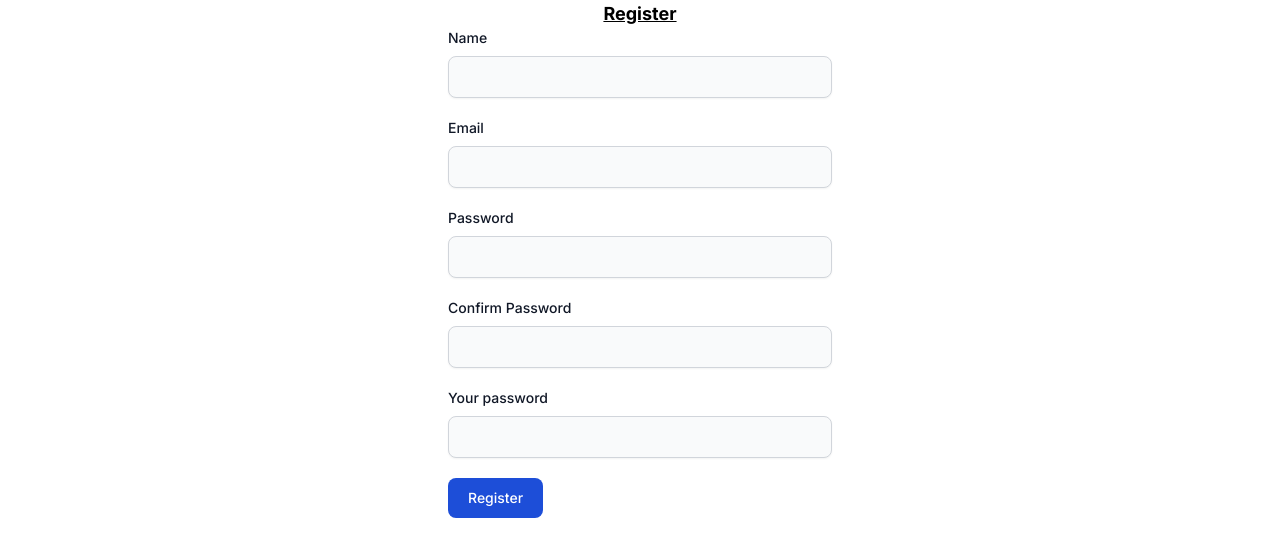
Repository: fatimash2123/next-todo
Page: /register
An editor plug-in stored every save of this project. The page is shown before and after a run of saves, followed by the edit.
The browser window is 1280 px wide. The pictures show the whole page.
The project was rebuilt for these pictures with package versions that can differ from the ones it lists, and the page was loaded fresh each time. The framework's server and built-in components were replaced by stand-ins that run in the browser. Also part of the build but not shown: next.config.mjs.

Above is the page before, as saved 2024-02-13 12:22:19.

After the next 2 saves:
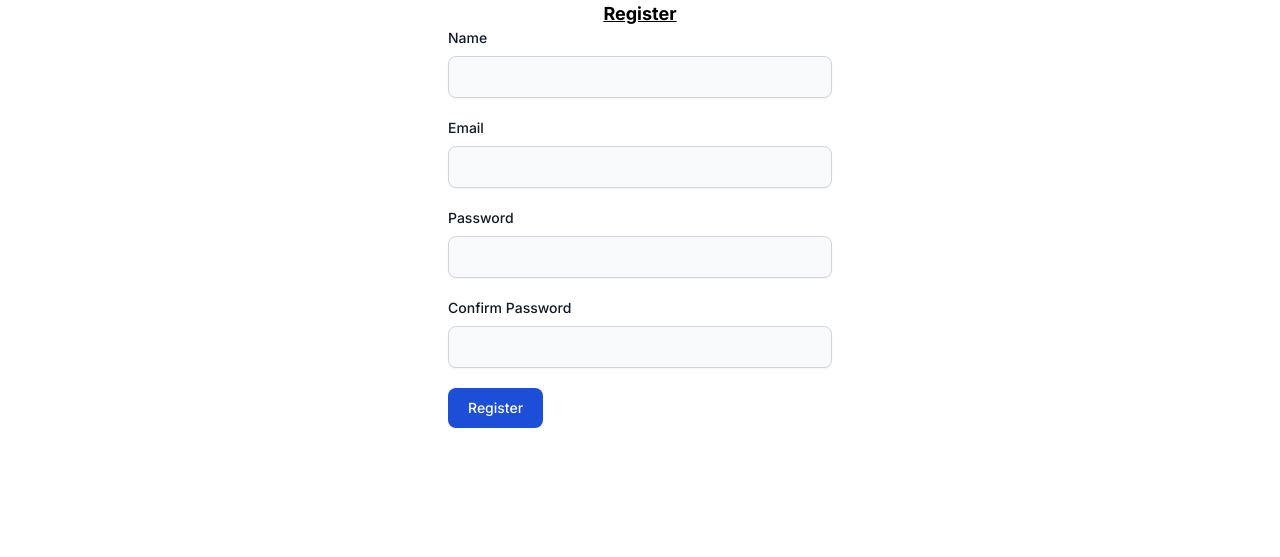
The 2 saves are shown as one change because they came seconds apart.
The last was saved 28 s later.
--- a/app/register/page.tsx
+++ b/app/register/page.tsx
@@ -16,20 +16,6 @@ export default function Register() {
           type={"password"}
           name={"cpassword"}
         />
-        <div className="mb-5">
-          <label
-            htmlFor="password"
-            className="block mb-2 text-sm font-medium text-gray-900 dark:text-white"
-          >
-            Your password
-          </label>
-          <input
-            type="password"
-            id="password"
-            className="shadow-sm bg-gray-50 border border-gray-300 text-gray-900 text-sm rounded-lg focus:ring-blue-500 focus:border-blue-500 block w-full p-2.5 dark:bg-gray-700 dark:border-gray-600 dark:placeholder-gray-400 dark:text-white dark:focus:ring-blue-500 dark:focus:border-blue-500 dark:shadow-sm-light"
-            required
-          />
-        </div>
         <Button title={"Register"} handleOnClick={register} />
       </form>
     </>
